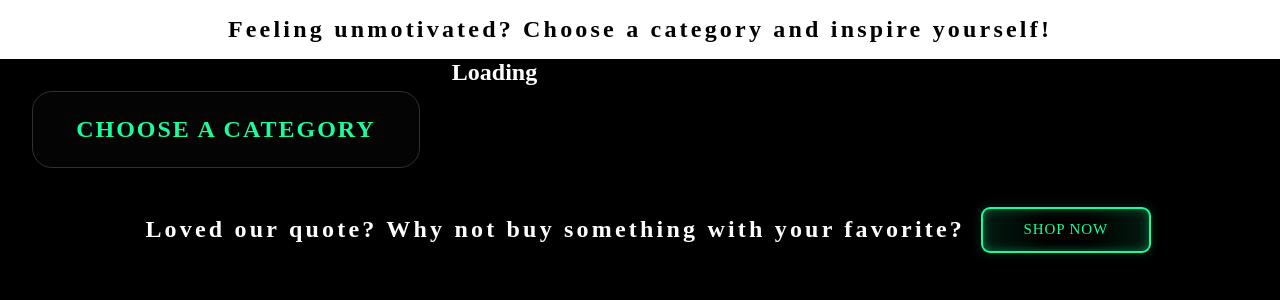
Repository: alanrceratti/motivational
Page: /
The author's editor kept a copy of each file at every save. The page is drawn from the files as they stood at one save, then again after a run of saves.
The browser window is 1280 px wide. The pictures show the whole page.
The page's requests for data from a server got no answer. Some web fonts or font styles are not loaded; a fallback is used. The project was rebuilt for these pictures with package versions that can differ from the ones it lists, and the page was loaded fresh each time. No one was signed in, and anything a server would have sent is missing. Also part of the build but not shown: webpack.config.js.

Above is the page before, as saved 2023-01-14 17:15:08.

After the next 9 saves:
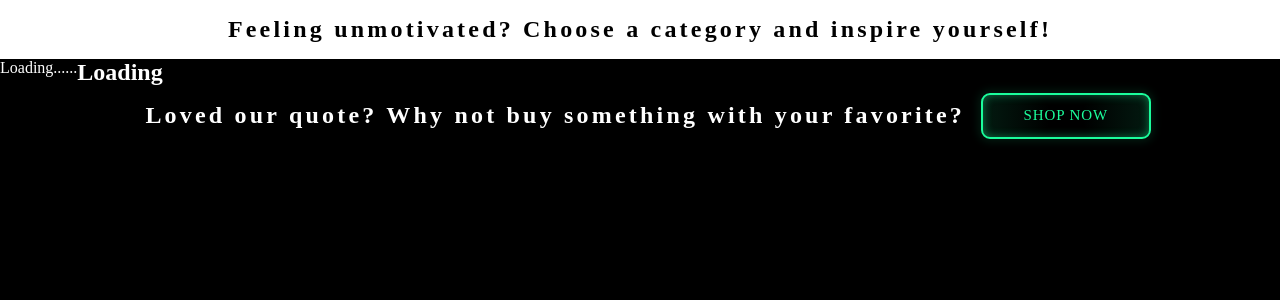
The 9 saves are shown as one change because 3 did not build or start and some came seconds apart.
The last was saved 28 s later.
--- a/src/Components/PhraseGet.js
+++ b/src/Components/PhraseGet.js
@@ -162,7 +162,10 @@
 			<CategorySelect
 				options={options}
 				handleChangeCategory={handleChangeCategory}
-				       categoryId={categoryId}
+				categoryId={categoryId}
+				loading={loading}
+				handleClick={handleClick}
+				showSelect={showSelect}
 			/>
 			{loadingImg ? (
 				<h1>Loading</h1>
